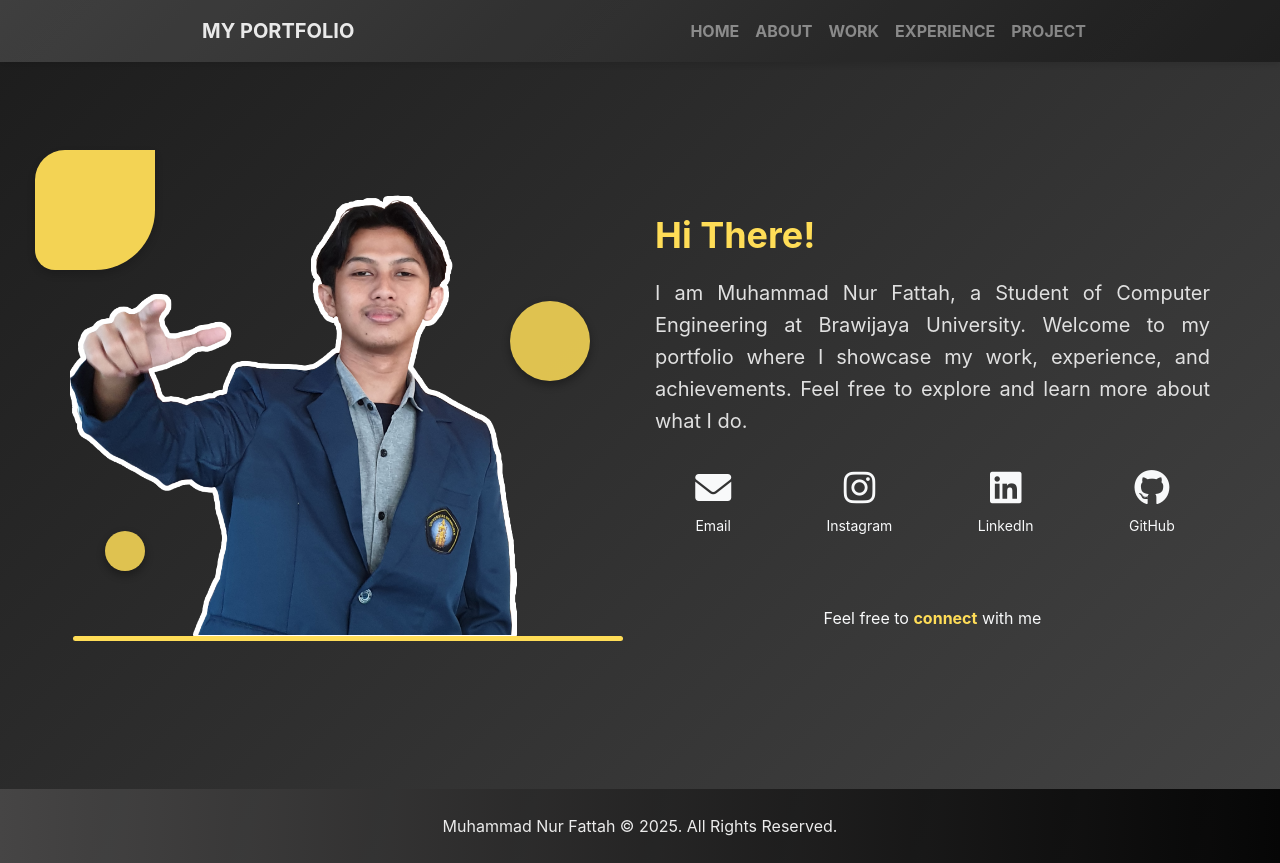
Repository: nurFattahh/Web-Portofolio
Page: /
The author's editor kept a copy of each file at every save. The page is drawn from the files as they stood at one save, then again after the next save.
The browser window is 1280 px wide. The pictures show the whole page.
The project was rebuilt for these pictures with package versions that can differ from the ones it lists, and the page was loaded fresh each time. Also part of the build but not shown: vite.config.js, src/components/About/About.css, src/components/About/Skillset.css, src/components/About/About.jsx, src/components/Work/Work.css, src/data/ImageImport.js, src/data/Work.js, src/components/Work/Work.jsx and 8 more.

Above is the page before, as saved 2026-02-12 04:28:18.

After the next save:
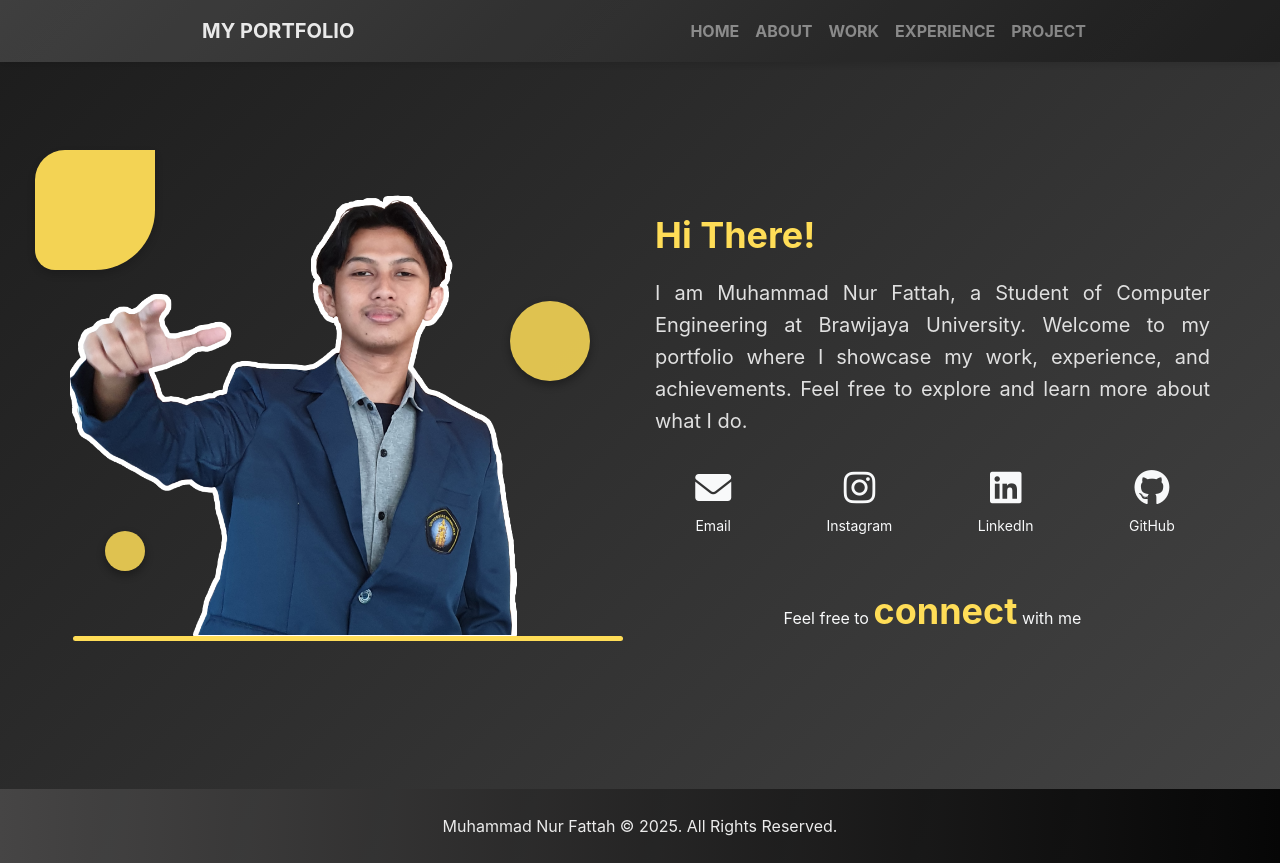
Saved 7 s later.
--- a/src/components/Home/Home.jsx
+++ b/src/components/Home/Home.jsx
@@ -53,7 +53,7 @@
 
           </div>
           <div className="mt-5 text-center">
-              Feel free to  <a href="https://www.linkedin.com/in/muhammad-nur-fattah/"></a><span className="connect-text">connect</span> with me
+              Feel free to  <a href="https://www.linkedin.com/in/muhammad-nur-fattah/"><span className="connect-text">connect</span></a> with me
             </div>
         </div>
       </div>
